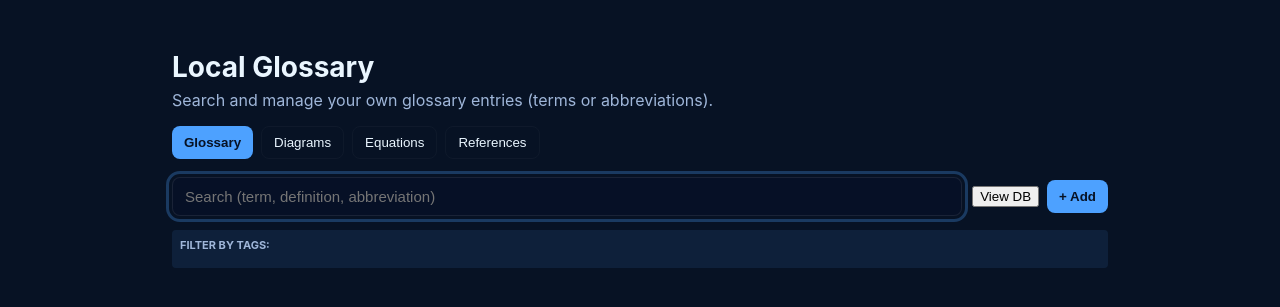
Repository: aldricprt/ecss-glossary
Page: web/index.html
These files come from the project's save history. The page is drawn as it stood at one moment and after the next save; the edit follows.
The browser window is 1280 px wide. The pictures show the whole page.
The page's requests for data from a server got no answer.

Above is the page before, as saved 2026-01-29 08:44:23.

After the next save:
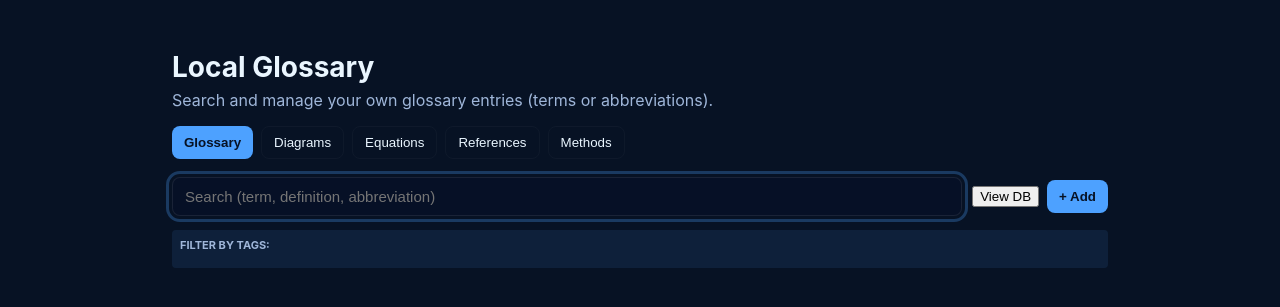
Saved 47 min 44 s later.
--- a/web/index.html
+++ b/web/index.html
@@ -16,6 +16,7 @@
       <button id="menuDiagrams">Diagrams</button>
       <button id="menuEquations">Equations</button>
       <button id="menuReferences">References</button>
+      <button id="menuMethods">Methods</button>
     </nav>
 
     <div id="glossaryApp">
@@ -185,6 +186,44 @@
       </section>
 
       <div id="referencesList"></div>
+    </section>
+
+    <!-- Methods app view -->
+    <section id="methodsApp" class="hidden" aria-hidden="true">
+      <h2>Method Sheets</h2>
+      <p>Store step-by-step method sheets with key components and critical success factors.</p>
+      <div class="search" style="margin-bottom:16px">
+        <input id="methodSearch" type="search" placeholder="Search method sheets by title or definition" style="flex:1;padding:10px 12px;border:1px solid rgba(255,255,255,0.08);border-radius:8px;font-size:15px;background:#061026;color:inherit" />
+        <button id="methodShowAdd" style="padding:9px 12px;border-radius:8px;border:none;background:var(--accent);color:#071224;font-weight:700;cursor:pointer">+ Add Method</button>
+      </div>
+
+      <section id="methodEditor" class="editor hidden" aria-hidden="true">
+        <h3 id="methodEditorTitle">Add a new method</h3>
+        <form id="methodForm">
+          <label>Title
+            <input id="methodTitle" required style="width:100%;padding:10px;border:1px solid rgba(255,255,255,0.06);border-radius:8px;background:#061026;color:inherit" />
+          </label>
+          <label>Definition
+            <textarea id="methodDefinition" rows="3" required style="width:100%;padding:10px;border:1px solid rgba(255,255,255,0.06);border-radius:8px;background:#061026;color:inherit"></textarea>
+          </label>
+          <label>Key Components (one per line)
+            <textarea id="methodKeyComponents" rows="4" placeholder="- Component A\n- Component B" style="width:100%;padding:10px;border:1px solid rgba(255,255,255,0.06);border-radius:8px;background:#061026;color:inherit"></textarea>
+          </label>
+          <label>Procedure & Checklist (one per line)
+            <textarea id="methodProcedure" rows="4" placeholder="- Step 1\n- Step 2" style="width:100%;padding:10px;border:1px solid rgba(255,255,255,0.06);border-radius:8px;background:#061026;color:inherit"></textarea>
+          </label>
+          <label>Critical Success Factors (one per line)
+            <textarea id="methodSuccessFactors" rows="4" placeholder="- Factor A\n- Factor B" style="width:100%;padding:10px;border:1px solid rgba(255,255,255,0.06);border-radius:8px;background:#061026;color:inherit"></textarea>
+          </label>
+          <input type="hidden" id="methodId" />
+          <div class="formActions" style="display:flex;gap:8px;justify-content:flex-end;margin-top:12px">
+            <button id="methodSaveBtn" type="submit" style="padding:8px 12px;border-radius:8px;border:none;background:var(--accent);color:#071224;font-weight:700;cursor:pointer">Save</button>
+            <button id="methodCancelBtn" type="button" style="padding:8px 12px;border-radius:8px;border:1px solid rgba(255,255,255,0.04);background:#061026;color:inherit;cursor:pointer">Cancel</button>
+          </div>
+        </form>
+      </section>
+
+      <div id="methodsList"></div>
     </section>
   </main>
 
